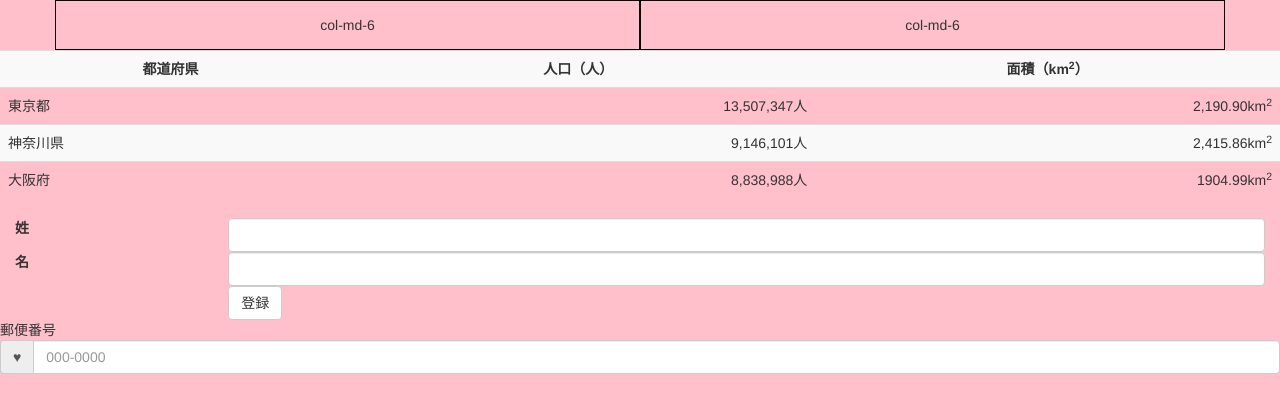
Repository: erika-sugimoto/microposts
Page: bootstrap_lesson.html
The author's editor kept a record of every edit. The page is drawn from the files as they stood at one moment, then again after the next edit.
The browser window is 1280 px wide. The pictures show the whole page.

Above is the page before.

After the next edit:
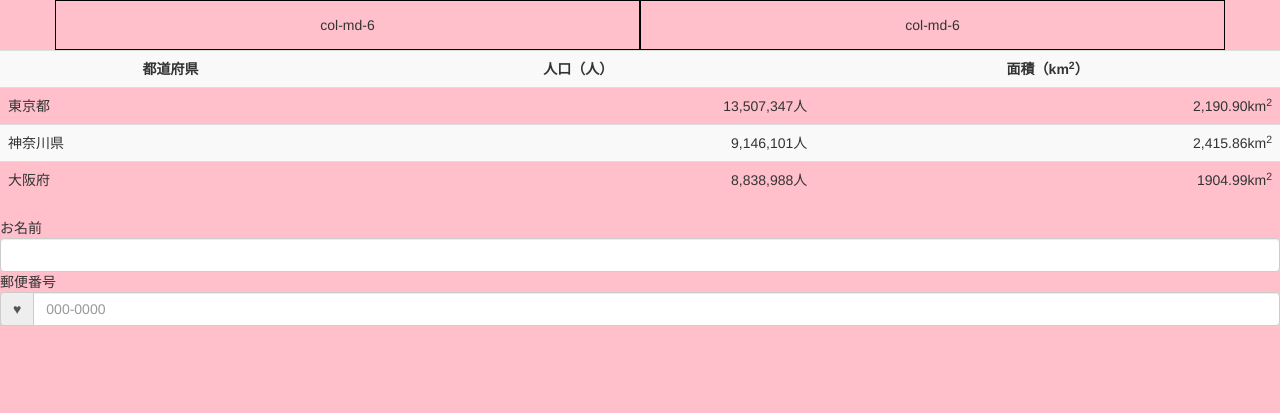
The edit:
--- a/bootstrap_lesson.html
+++ b/bootstrap_lesson.html
@@ -53,31 +53,9 @@
         <td class="text-right">1904.99km<sup>2</sup></td>
     </tr>
 </table>
-<form　class="form-horizontal">
-  <!-- "form-group" expresses a row -->
-  <div class="form-group">
-    <label class="col-xs-2 control-label">姓</label>
-    <div class="col-xs-10">
-      <input type="text" class="form-control" name="lastname">
-    </div>
-
-  </div>
-
-  <!-- row -->
-  <div class="form-group">
-    <label class="col-xs-2 control-label">名</label>
-    <div class="col-xs-10">
-      <input type="text" class="form-control" name="
-      firstname">
-    </div>
-  </div>
-
-  <!-- row -->
-  <div class="form-group">
-    <div class="col-xs-offset-2 col-sm-10">
-      <button type="submit" class="btn btn-default">登録</button>
-    </div>
-  </div>
+<form>
+    お名前
+    <input type="text" class="form-control">
 </form>
     <form>
   郵便番号
